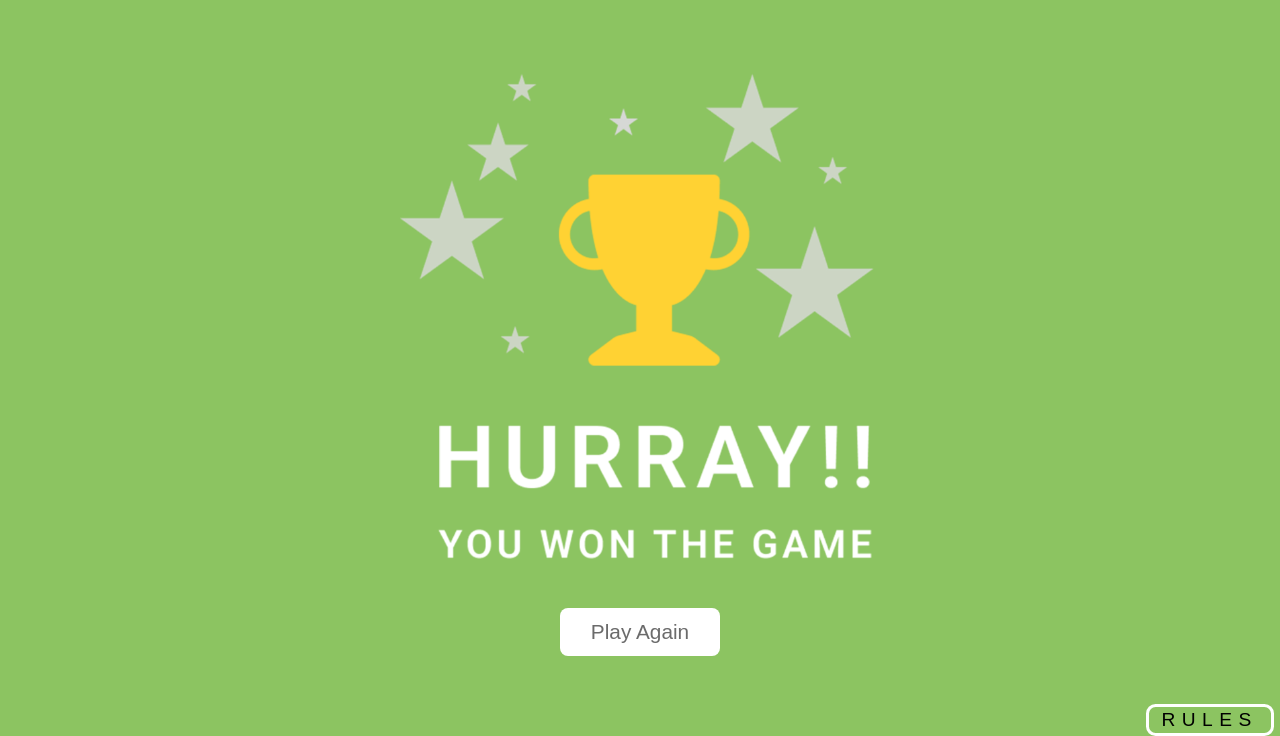
Repository: drumsmanku/Major-module-project-1
Page: hurray.html
The author's editor kept a copy of each file at every save. The page is drawn from the files as they stood at one save, then again after the next save.
The browser window is 1280 px wide. The pictures show the whole page.

Above is the page before, as saved 2023-05-01 00:04:12.

### hurray.html
<!DOCTYPE html>
<html lang="en">
<head>
  <meta charset="UTF-8">
  <meta http-equiv="X-UA-Compatible" content="IE=edge">
  <meta name="viewport" content="width=device-width, initial-scale=1.0">
  <title>Won</title>
  <style>
    body{
      background-color: #8CC461;
      position: relative;
    }
    .container{
      display: flex;
      flex-direction: column;
      align-items: center;
      justify-content: center;
    }
    .container img{
      width: 70vh;
      margin-bottom: 3rem;
      margin-top: 3rem;
    }
    .play-again{
      background-color: white;
      border: none;
      color: #6B6B6B;
      width: 10rem;
      height: 3rem;
      font-size: 1.3rem;
      border-radius: 0.5rem;
      cursor: pointer;
    }
    #rule-btn{
      background: none;
      border: 3px solid white;
      border-radius: 0.6rem;
      height: 2rem;
      width: 8rem;
      font-size:1.2rem;
      letter-spacing: 0.4rem;
      cursor: pointer;
      z-index: 999;
      position: absolute;
      left: 90%;
      bottom: -5rem;
    }

  </style>
</head>
<body>
  <div class="container">
    <img src="hurray.png" alt="">
    <button id="play-again" class="play-again" onclick="location.href='index.html'">Play Again</button>
  </div>
  <button id="rule-btn">RULES</button>
</body>
</html>

After the next save:
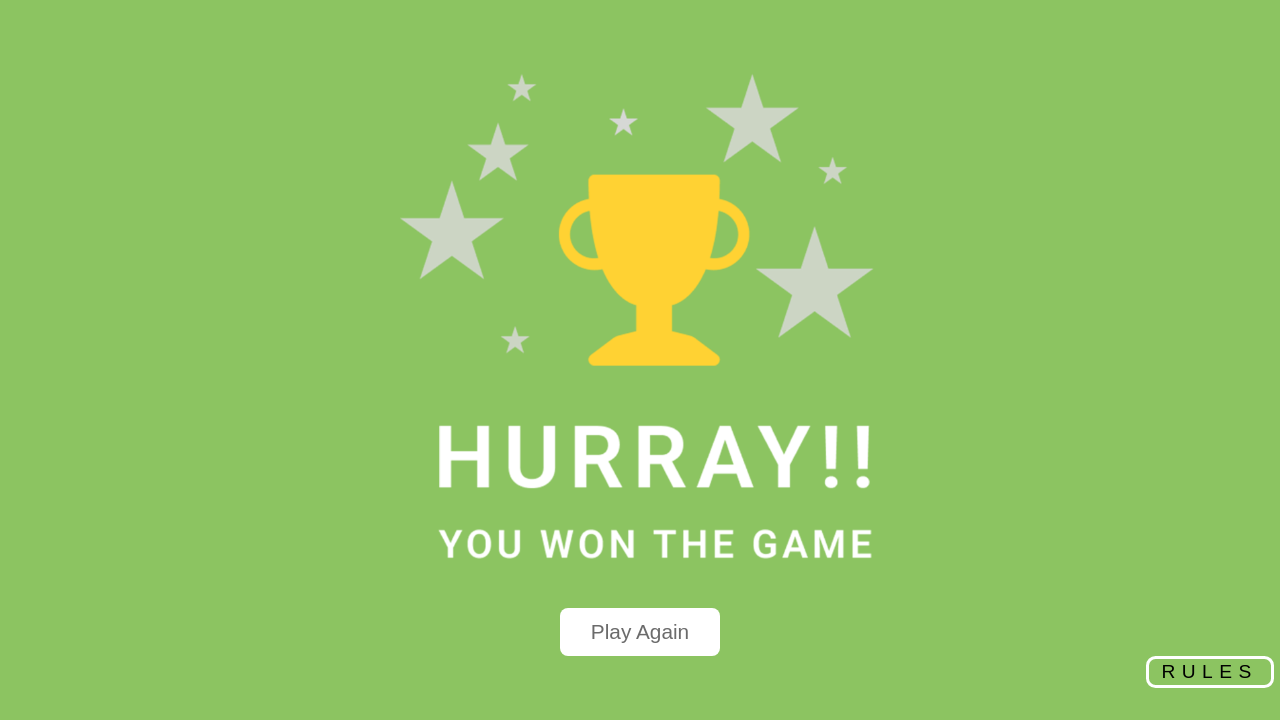
Saved 12 s later.
--- a/hurray.html
+++ b/hurray.html
@@ -43,7 +43,7 @@
       z-index: 999;
       position: absolute;
       left: 90%;
-      bottom: -5rem;
+      /* bottom: -5rem; */
     }
 
   </style>
